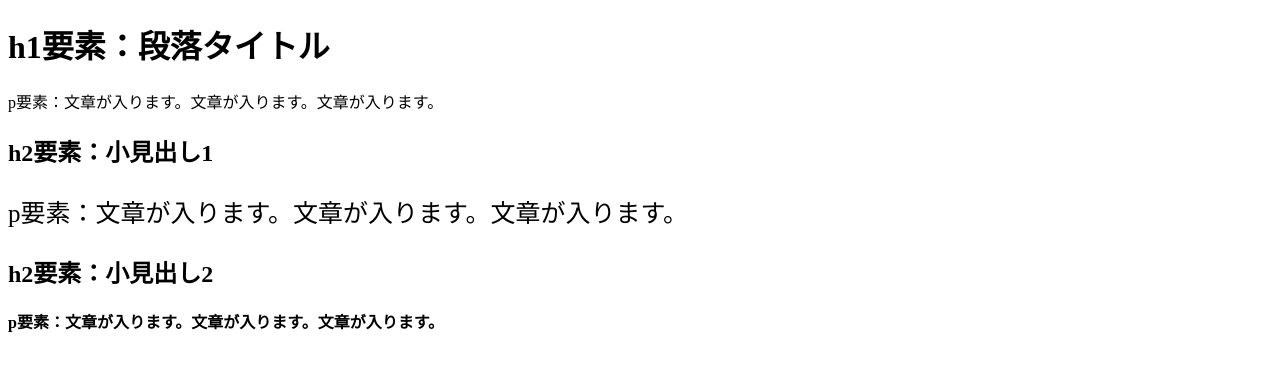
Repository: IzIzKen/samurai_HTML-CSS
Page: HTML CSSを学びWebプログラミングの第一歩を踏み出そう/3章 CSSの導入/index_class.html
The author's editor kept a record of every edit. The page is drawn from the files as they stood at one moment, then again after the next edit.
The browser window is 1280 px wide. The pictures show the whole page.

Above is the page before.

After the next edit:
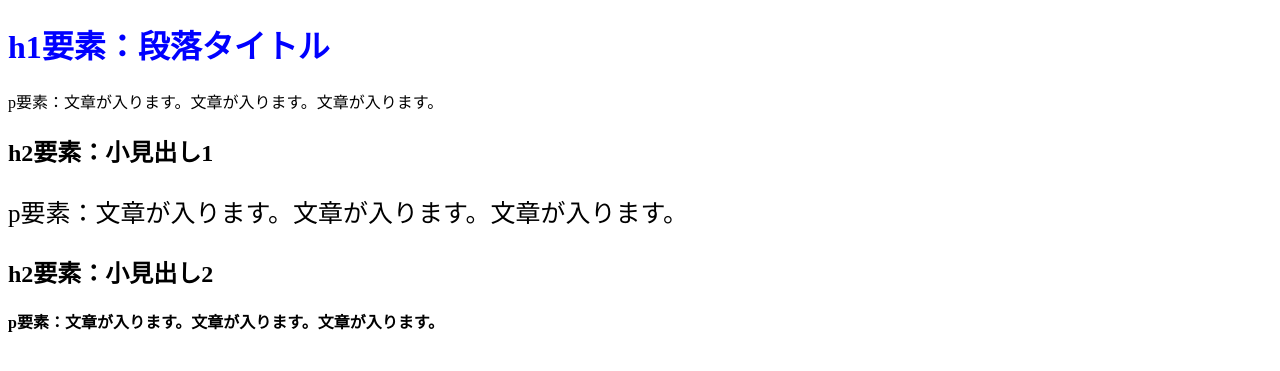
The edit:
--- a/HTML CSSを学びWebプログラミングの第一歩を踏み出そう/3章 CSSの導入/index_class.html
+++ b/HTML CSSを学びWebプログラミングの第一歩を踏み出そう/3章 CSSの導入/index_class.html
@@ -13,7 +13,7 @@
     </style>
 </head>
 <body>
-    <h1 class="bule">h1要素：段落タイトル</h1>
+    <h1 class="blue">h1要素：段落タイトル</h1>
     <p>p要素：文章が入ります。文章が入ります。文章が入ります。</p>
     <h2>h2要素：小見出し1</h2>
     <p style="font-size: 25px;">
